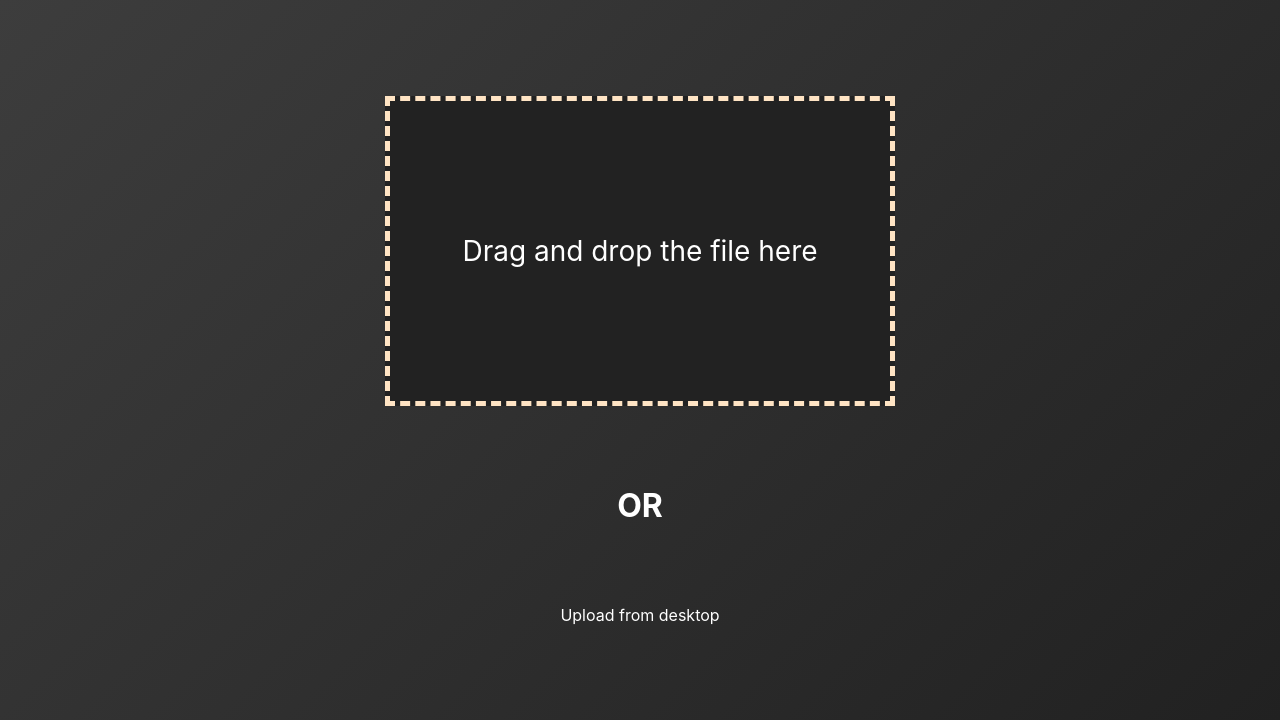
Repository: RXBVK/rt-map
Page: /
An editor plug-in stored every save of this project. The page is shown before and after the next save, followed by the edit.
The browser window is 1280 px wide. The pictures show the whole page.
The project was rebuilt for these pictures with package versions that can differ from the ones it lists, and the page was loaded fresh each time.

Above is the page before, as saved 2021-07-21 13:34:09.

### src/styles/index.css
* {
  margin: 0;
}
body {
  font-family: -apple-system, BlinkMacSystemFont, "Roboto", sans-serif;
  -webkit-font-smoothing: antialiased;
  -moz-osx-font-smoothing: grayscale;
  color: white;
}

code {
  font-family: source-code-pro, Menlo, Monaco, Consolas, "Courier New",
    monospace;
}

### src/App.js
import CsvUploader from "./components/CsvUploader/CsvUploader";
import "./styles/app.css";

function App() {
  return (
    <div className="main__container">
      <CsvUploader />
    </div>
  );
}

export default App;

### src/components/CsvUploader/CsvUploader.js
import React from "react";
import "./styles/csv-uploader.css";

export default function CsvUploader() {
  return (
    <div className="csv-uploader__container">
      <div className="csv-uploader__dropzone">Drag and drop the file here</div>
      <h1>OR</h1>
      <label for="csv-uploader__input" className="csv-uploader__label">
        Upload from desktop
      </label>
      <input type="file" name="photo" id="csv-uploader__input" />
    </div>
  );
}

### src/styles/app.css
.main__container {
  min-height: 100vh;
  width: 100%;
  background: linear-gradient(135deg, #3d3d3d, #212121);
  display: -webkit-box;
  display: -ms-flexbox;
  display: flex;
  -webkit-box-orient: vertical;
  -webkit-box-direction: normal;
      -ms-flex-direction: column;
          flex-direction: column;
  -webkit-box-align: center;
      -ms-flex-align: center;
          align-items: center;
  text-align: center;
  -webkit-box-pack: center;
      -ms-flex-pack: center;
          justify-content: center;
}

.main__container > * {
  -webkit-animation: fadein 800ms;
          animation: fadein 800ms;
}

.button--primary {
  cursor: pointer;
  width: 200px;
  height: 45px;
  background-color: bisque;
  color: black;
  border-radius: 8px;
  font-weight: 700;
  font-size: 16px;
  -webkit-transition: all 200ms ease-out;
  transition: all 200ms ease-out;
}

.button--primary:hover {
  -webkit-filter: brightness(0.8);
          filter: brightness(0.8);
}

@-webkit-keyframes fadein {
  0% {
    opacity: 0;
  }
  100% {
    opacity: 1;
  }
}

@keyframes fadein {
  0% {
    opacity: 0;
  }
  100% {
    opacity: 1;
  }
}
/*# sourceMappingURL=app.css.map */

### src/components/CsvUploader/styles/csv-uploader.css
.csv-uploader__container {
  display: -webkit-box;
  display: -ms-flexbox;
  display: flex;
  -webkit-box-orient: vertical;
  -webkit-box-direction: normal;
      -ms-flex-direction: column;
          flex-direction: column;
  -webkit-box-align: center;
      -ms-flex-align: center;
          align-items: center;
  -webkit-box-pack: center;
      -ms-flex-pack: center;
          justify-content: center;
}

.csv-uploader__container > * {
  margin: 40px 0;
}

.csv-uploader__container .csv-uploader__dropzone {
  cursor: pointer;
  -webkit-box-align: center;
      -ms-flex-align: center;
          align-items: center;
  -webkit-box-pack: center;
      -ms-flex-pack: center;
          justify-content: center;
  width: 500px;
  height: 300px;
  border: 5px dashed bisque;
  font-size: 28px;
  background-color: #222222;
}

.csv-uploader__container .csv-uploader__label {
  display: -webkit-box;
  display: -ms-flexbox;
  display: flex;
  -webkit-box-align: center;
      -ms-flex-align: center;
          align-items: center;
  -webkit-box-pack: center;
      -ms-flex-pack: center;
          justify-content: center;
  margin-left: auto;
  margin-right: auto;
}

.csv-uploader__container #csv-uploader__input {
  opacity: 0;
  position: absolute;
}

@media (max-width: 600px) {
  .csv-uploader__or,
  .csv-uploader__dropzone {
    display: none;
  }
}

@media (min-width: 601px) {
  .csv-uploader__or {
    display: block;
  }
  .csv-uploader__dropzone {
    display: -webkit-box;
    display: -ms-flexbox;
    display: flex;
  }
}
/*# sourceMappingURL=csv-uploader.css.map */

Loaded but not shown: public/index.html (common file); src/index.js (common file); src/reportWebVitals.js (common file)

After the next save:
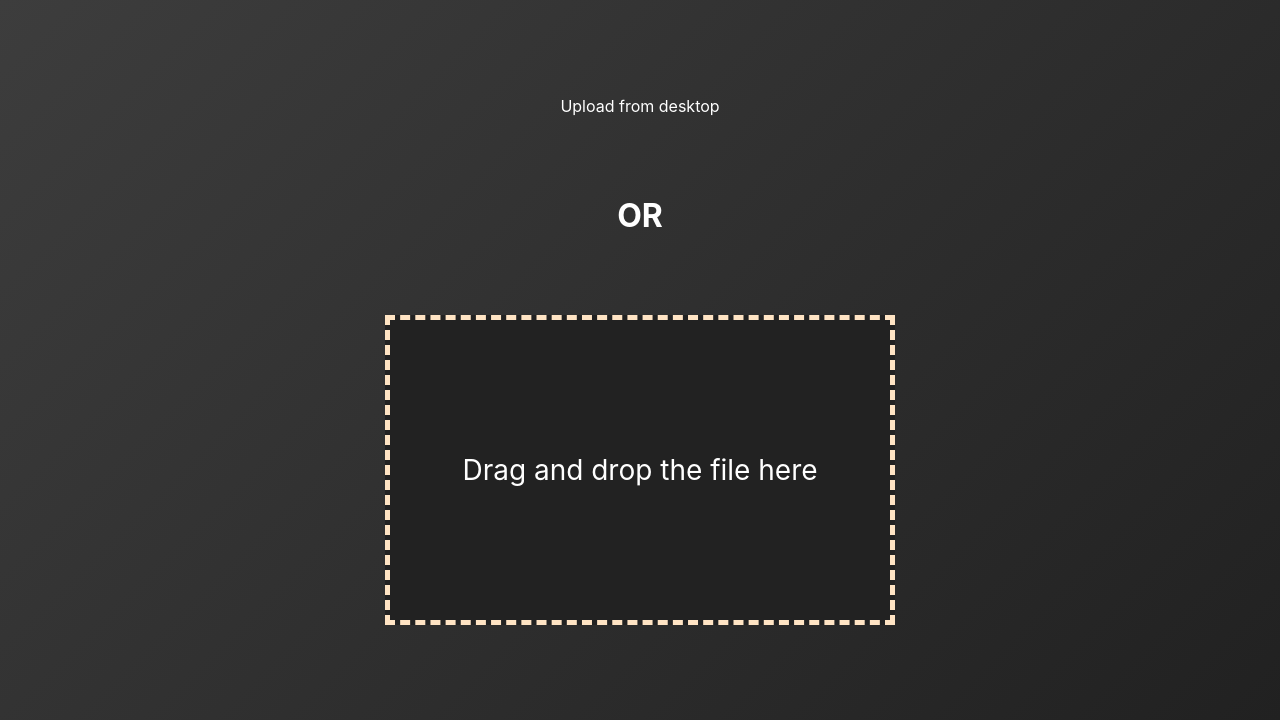
Saved 14 s later.
--- a/src/components/CsvUploader/CsvUploader.js
+++ b/src/components/CsvUploader/CsvUploader.js
@@ -4,12 +4,12 @@
 export default function CsvUploader() {
   return (
     <div className="csv-uploader__container">
-      <div className="csv-uploader__dropzone">Drag and drop the file here</div>
-      <h1>OR</h1>
       <label for="csv-uploader__input" className="csv-uploader__label">
         Upload from desktop
       </label>
       <input type="file" name="photo" id="csv-uploader__input" />
+      <h1>OR</h1>
+      <div className="csv-uploader__dropzone">Drag and drop the file here</div>
     </div>
   );
 }

After the save that followed:
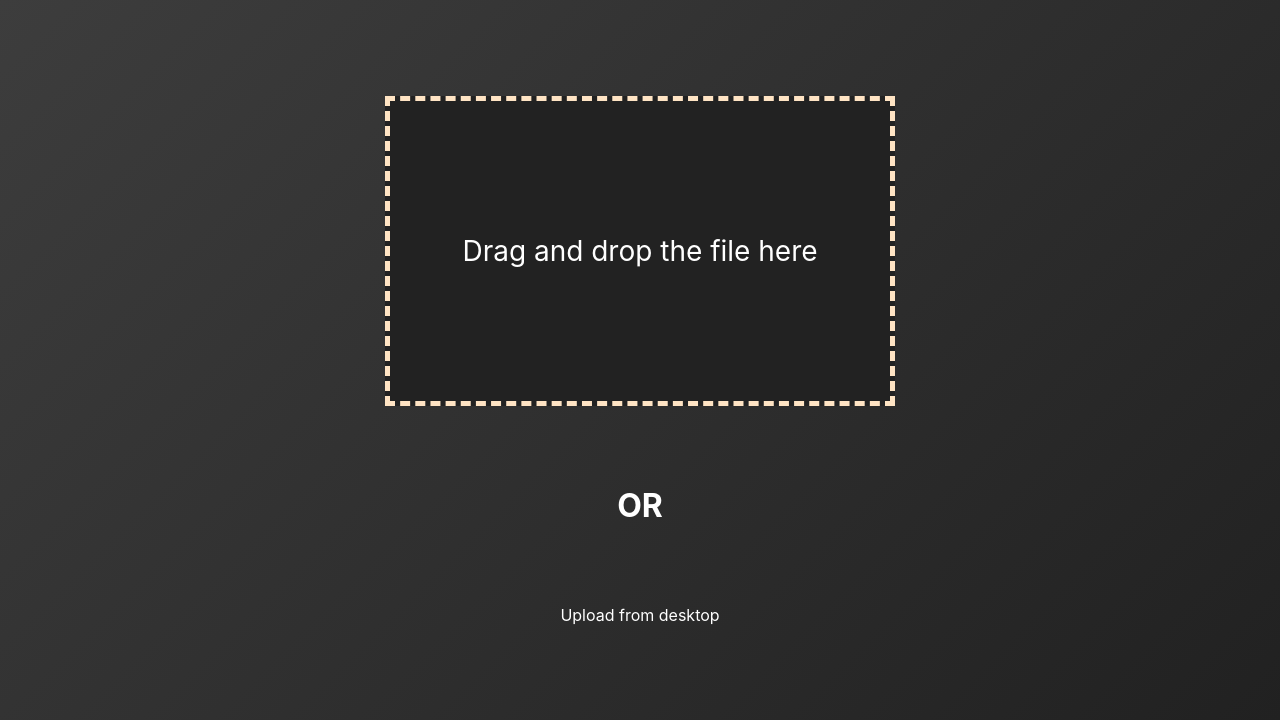
Saved 4 s later.
--- a/src/components/CsvUploader/CsvUploader.js
+++ b/src/components/CsvUploader/CsvUploader.js
@@ -4,12 +4,12 @@
 export default function CsvUploader() {
   return (
     <div className="csv-uploader__container">
+      <div className="csv-uploader__dropzone">Drag and drop the file here</div>
+      <h1>OR</h1>
       <label for="csv-uploader__input" className="csv-uploader__label">
         Upload from desktop
       </label>
       <input type="file" name="photo" id="csv-uploader__input" />
-      <h1>OR</h1>
-      <div className="csv-uploader__dropzone">Drag and drop the file here</div>
     </div>
   );
 }
